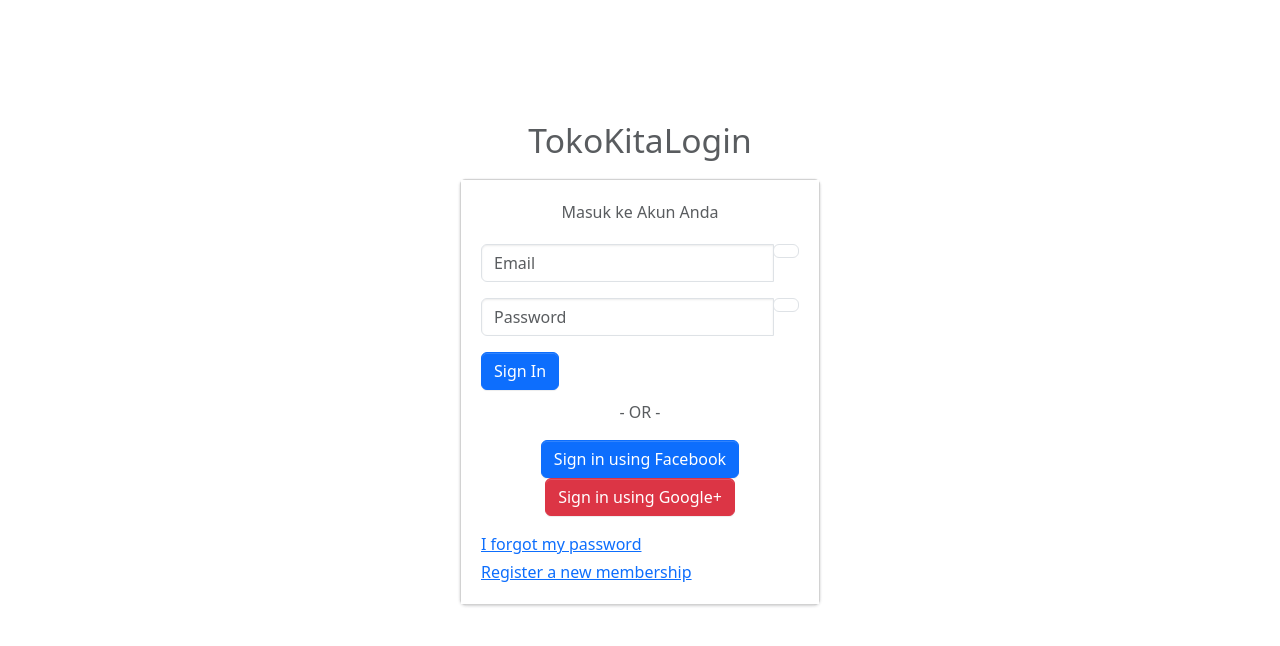
Repository: mufti-1448/Kasir-Toko-Kita-Web
Page: http://localhost/
These files come from the project's save history. The page is drawn as it stood at one moment and after a run of saves; the edit follows.
The browser window is 1280 px wide. The pictures show the whole page.
Some web fonts or font styles are not loaded; a fallback is used. The page is served by the project's Laravel application, run on PHP 8.4 with Laravel 12. Style sheets and scripts are compiled from the project's sources, by tool versions that may differ from the author's.

Above is the page before, as saved 2026-02-03 10:12:25.
Console error: TypeError: Cannot read properties of undefined (reading 'fn')

After the next 2 saves:
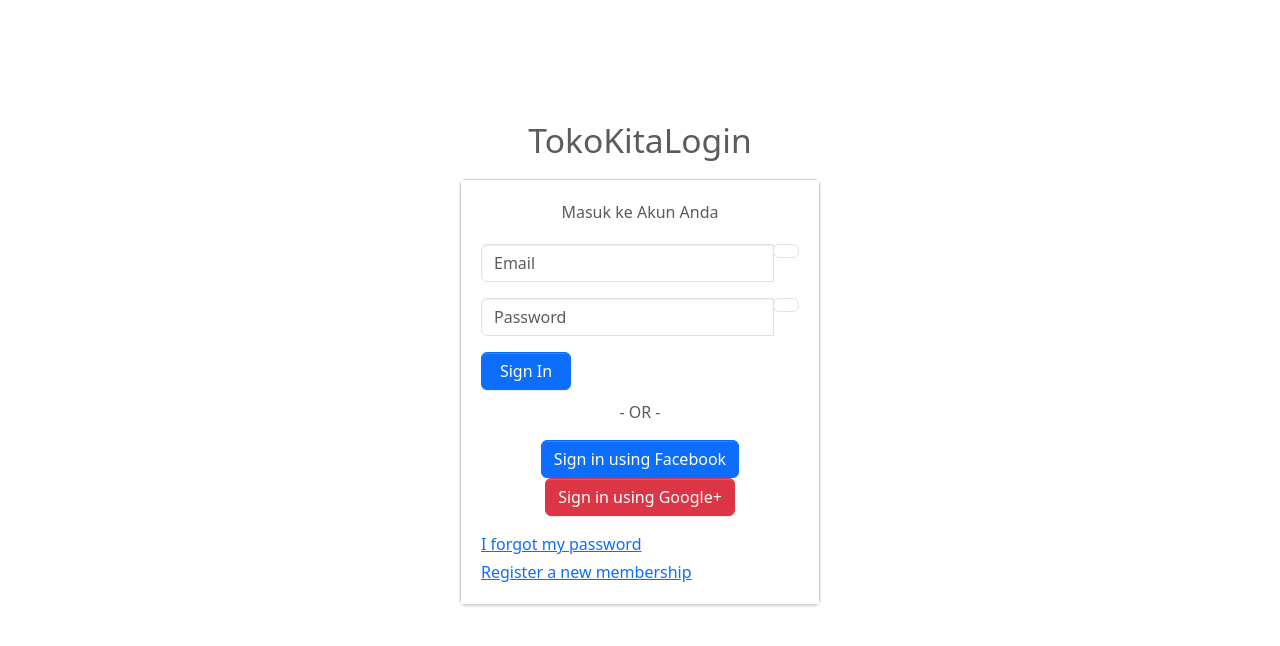
The 2 saves are shown as one change because they came seconds apart.
The last was saved 7 s later.
--- a/resources/views/login/login.blade.php
+++ b/resources/views/login/login.blade.php
@@ -50,7 +50,7 @@
                     <div class="row">
                         <!-- /.col -->
                         <div class="col-4">
-                            <button type="submit" class="btn btn-primary btn-block">Sign In</button>
+                            <button type="submit" class="btn btn-primary btn-block w-100">Sign In</button>
                         </div>
                         <!-- /.col -->
                     </div>

After the 3 saves that followed:
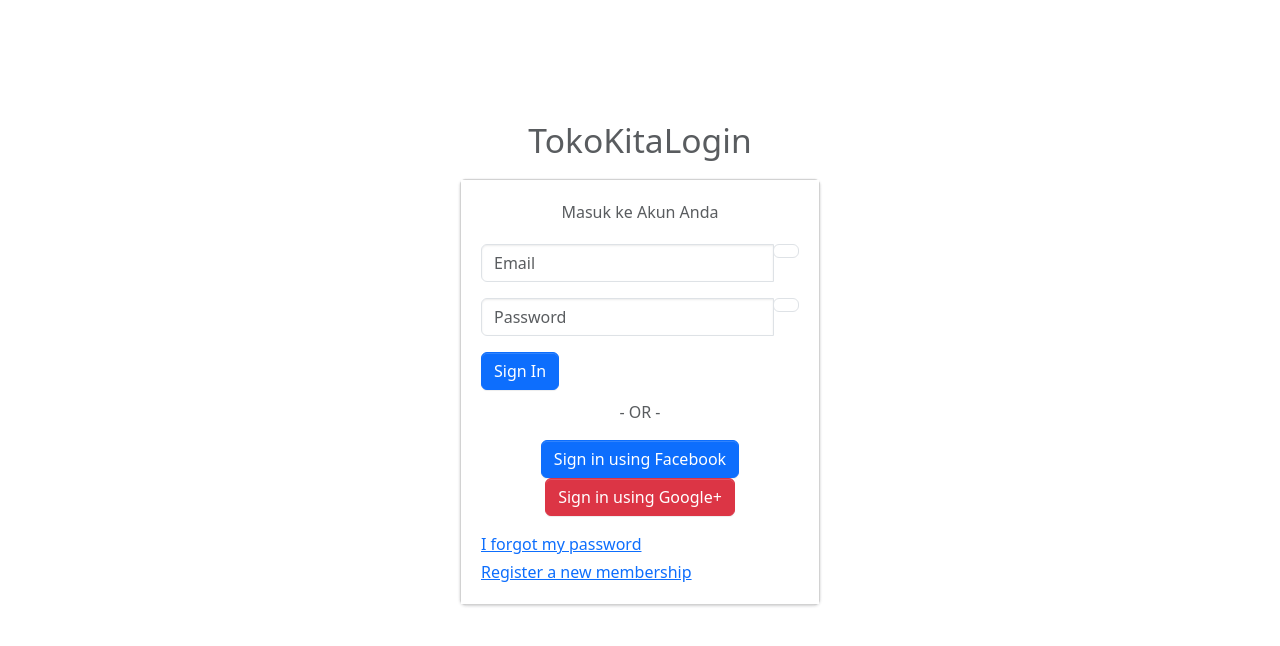
The 3 saves are shown as one change because they came seconds apart.
The last was saved 11 s later.
--- a/resources/views/login/login.blade.php
+++ b/resources/views/login/login.blade.php
@@ -50,7 +50,7 @@
                     <div class="row">
                         <!-- /.col -->
                         <div class="col-4">
-                            <button type="submit" class="btn btn-primary btn-block w-100">Sign In</button>
+                            <button type="submit" class="btn btn-primary btn-block">Sign In</button>
                         </div>
                         <!-- /.col -->
                     </div>
